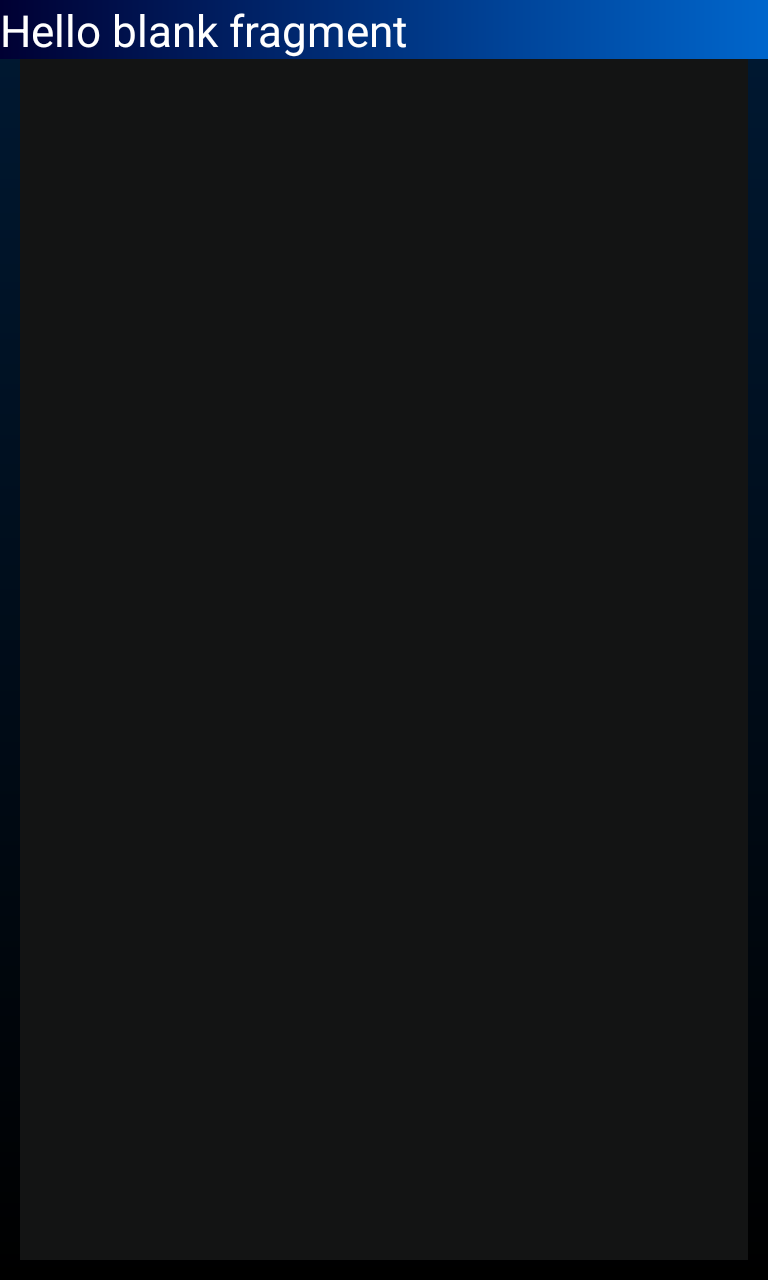
Repository: jasleen1291/B2BMobileApplication
Layout: Mobile E Commerce/B2B/res/layout/fragment_my_supplier.xml
The author's editor kept a copy of each file at every save. The layout is drawn from the files as they stood at one save, then again after the next save.
It is drawn on a 768 x 1280 px phone screen (xhdpi) without system bars, with theme mycustomtheme; the app's code is not run. Lists and similar views that code fills are empty.

Above is the layout before, as saved 2013-05-28 12:07:36.

### Mobile E Commerce/B2B/res/layout/fragment_my_supplier.xml
<LinearLayout xmlns:android="http://schemas.android.com/apk/res/android"
    xmlns:tools="http://schemas.android.com/tools"
    android:layout_width="match_parent"
    android:layout_height="match_parent"
    android:orientation="vertical"
    tools:context=".MySupplier" >

    <!-- TODO: Update blank fragment layout -->

    <TextView
	    style="@style/titlebarstyle"
        android:text="@string/hello_blank_fragment" />

    <ListView
        android:id="@+id/listView1"
        android:layout_width="match_parent"
        android:layout_height="wrap_content" >
    </ListView>

</LinearLayout>

### Mobile E Commerce/B2B/res/values/mycustomtheme.xml
<?xml version="1.0" encoding="utf-8"?>
<resources xmlns:android="http://schemas.android.com/apk/res/android">
    <style name="mycustomtheme" parent="@android:style/Theme.NoTitleBar.Fullscreen">
        <item name="android:windowBackground">@drawable/mybg</item>
       	<item name="android:textColor">#0066cc</item>
       	<item name="android:textColorHint">#51BFE2</item>
    </style>

</resources>

### Mobile E Commerce/B2B/res/drawable/mybg.xml
<?xml version="1.0" encoding="utf-8"?>
<layer-list  xmlns:android="http://schemas.android.com/apk/res/android">
    <item>
<shape android:shape="rectangle">



        <gradient android:startColor="#001933"  android:endColor="#000" android:angle="270"/>


</shape>
</item>
<item android:left="10dp" android:top="10dp" android:right="10dp" android:bottom="10dp">

<shape android:shape="rectangle">



        <solid android:color="#131414"></solid>


</shape>
</item>
</layer-list>

### Mobile E Commerce/B2B/res/values/styles.xml
<?xml version="1.0" encoding="utf-8"?>
<resources xmlns:android="http://schemas.android.com/apk/res/android">

    <!--
        Base application theme, dependent on API level. This theme is replaced
        by AppBaseTheme from res/values-vXX/styles.xml on newer devices.

    -->
    <style name="AppBaseTheme" parent="android:Theme.Light">
        <!--
            Theme customizations available in newer API levels can go in
            res/values-vXX/styles.xml, while customizations related to
            backward-compatibility can go here.

        -->
    </style>

    <!-- Application theme. -->
    <style name="AppTheme" parent="AppBaseTheme">
        <!-- All customizations that are NOT specific to a particular API-level can go here. -->
    </style>

    <style name="LoginFormContainer">
        <item name="android:layout_width">match_parent</item>
        <item name="android:layout_height">wrap_content</item>
        <item name="android:padding">16dp</item>
    </style>
    <style name="TextViewStyle">
        <item name="android:layout_width">wrap_content</item>
        <item name="android:layout_height">wrap_content</item>
        <item name="android:gravity">right</item>
        <item name="android:textSize">14sp</item>
        <item name="android:textColor">#0066cc</item>
        <item name="android:layout_margin">5dp</item>
    </style>
	<style name="EditTextStyle">
        <item name="android:layout_width">match_parent</item>
        <item name="android:layout_height">wrap_content</item>
        <item name="android:textSize">16sp</item>
        <item name="android:textColor">#0066cc</item>

        <item name="android:layout_marginLeft">16dp</item>
        <item name="android:layout_marginRight">16dp</item>
        <item name="android:layout_marginTop">5dp</item>
        <item name="android:background">@drawable/textview_border</item>
    </style>
	<style name="SpinnerStyle">
        <item name="android:layout_width">match_parent</item>
        <item name="android:layout_height">wrap_content</item>
        <item name="android:textSize">16sp</item>
        <item name="android:textColor">#0066cc</item>

        <item name="android:layout_marginLeft">16dp</item>
        <item name="android:layout_marginRight">16dp</item>
        <item name="android:layout_marginTop">5dp</item>

    </style>
	<style name="titlebarstyle">
	    <item name="android:layout_marginBottom">10dp</item>
        <item name="android:layout_width">match_parent</item>
        <item name="android:layout_height">wrap_content</item>
        <item name="android:background">@drawable/titlebar</item>
        <item name="android:textColor">@android:color/white</item>
        <item name="android:textAppearance">?android:attr/textAppearanceLarge</item>
	</style>
	<style name="titlebarstylesmall">


        <item name="android:textColor">@android:color/white</item>

	</style>
</resources>

### Mobile E Commerce/B2B/res/values/strings.xml
<?xml version="1.0" encoding="utf-8"?>
<resources>

    <string name="app_name">B2B</string>
    <string name="action_settings">Settings</string>
    <string name="hello_world">Hello world!</string>
    <string name="Loading">Loading&#8230;&#8230;&#8230;</string>
    <string name="title_activity_sign_up">Sign Up</string>

    <string-array name="signUpAsArray">
        <item>Customer</item>
        <item>Retailer</item>
        <item>Supplier</item>
    </string-array>

    <string name="title_activity_registeration">RegisterationActivity</string>
    <string name="title_activity_customer_area">CustomerArea</string>
    <string name="welcome">Welcome</string>
    <string name="title_activity_admin_area">Admin_area</string>
    <string name="general_complaint_fragment">General Complaint</string>
    <string name="hello_blank_fragment">Hello blank fragment</string>
    <string name="general_complaint">General Complaint</string>
    <string name="respond">Respond</string>
    <string name="submit">Submit</string>
    <string name="addcategory">Parent Category</string>
    <string name="categoryhint">Category</string>
    <string name="AddParentCategory">Add super category</string>
    <string name="complaintAbout">Complaint About</string>
    <string name="complainFrom">Complaint From</string>
    <string name="itemComplaint">Complaints about Items</string>
    <string name="shopComplaint">Complaint about shop</string>
    <string name="generalNotification">General Notification</string>
    <string name="urgentNotification">Urgent Notification</string>
    <string name="title">Title</string>
    <string name="message">Message</string>
    <string name="markAll">Mark all</string>
    <string name="advertisementPricing">Advertisement Pricing</string>
    <string name="desc">Description</string>
    <string name="days">No of days</string>
    <string name="cost">Cost</string>
    <string name="size">Size of advertisement</string>
    <string name="type">Type</string>
    <string name="fine">Fine</string>
    <string name="pickCategory">Pick a Category</string>

    <string-array name="typeArray">
        <item>Retailer</item>
        <item>Supplier</item>
    </string-array>

    <string name="update">Update</string>
    <string name="delete">Delete</string>
    <string name="view_advertisement">View Advertisements</string>
    <string name="noofcategories">No of Categories</string>
    <string name="shoppricing">Shop Pricing</string>
    <string name="view_fine_pricing">View Fine Pricing</string>
    <string name="shop_pricing">Shop Pricing</string>
    <string name="subCategory">Add Sub Category</string>
    <string name="addshop">Add Shop</string>
    <string name="title_activity_pay_fine">Pay Fine</string>
    <string name="finetitle">Your account has been suspended by the admin. Pay fine to continue using this applciation.</string>
    <string name="fineabc">Your payment has been received. Your account will now be restored. Please wait few minutes</string>
    <string name="title_activity_retailer_area">Retailer_area</string>
    <string name="title_activity_first_time_login">FirstTimeLogin</string>
    <string name="EditMyCategories">Edit My Categories</string>
    <string name="addnewitem">Add New Item</string>
    <string name="itemname">Item Name</string>
    <string name="longdescription">Long Description</string>
    <string name="qtyperunit">Qty Per unit</string>
    <string name="unit_of_measurement">Unit of Measurement</string>
    <string name="shopName">Shop Name</string>
    <string name="description">Description</string>
    <string name="categoriesAllowed">No of categories allowed</string>
    <string name="itemsSelling">No of Items Selling</string>
    <string name="itemsAvailable">No of Items not Selling</string>
    <string name="expirydate">Expiry Date</string>
    <string name="paymentEmail">Payment Email</string>
    <string name="selectcategory">Select a Category</string>
    <string name="clicktochange">Click On Image To Change It</string>
    <string name="cp">C.P.</string>
    <string name="sp">S.P.</string>
    <string name="minorder">Min order</string>
    <string name="discount">Discount</string>
    <string name="qtyonorder">Qty. On Order</string>
    <string name="qtyonhand">Qty. On Hand</string>
    <string name="qty">Qty.</string>
    <string name="viewdetails">View Details</string>
    <string name="note">Long Click on Image to view expanded image</string>
    <string name="chngImg">Change Image</string>
    <string name="addWarehouse">Add Warehouse</string>
    <string name="name">Name</string>
    <string name="cancel">Cancel</string>
    <string name="itemavailabilty">Item Availabilty</string>
    <string name="batchDiscounts">Batch Discounts</string>
    <string name="clicktoupdate">Click to Update</string>
    <string name="add">Add</string>
    <string name="place_order">Place Order</string>
    <string name="Method">Method</string>
    <string name="warehouse">Warehouse</string>
    <string-array name="ordervia">
        <item >Email</item>
        <item >Phone</item>
    </string-array>
        <string name="total">Total</string>
        <string name="zero">0</string>
        <string name="totalitems">Total No of Items</string>
        <string name="date">Date</string>
        <string name="placed_by">Placed To</string>
        <string name="placed_to">Placed To</string>
        <string name="shipment_address">Shipment Address</string>
        <string name="vieworderlist">View Orders List</string>
        <string name="order_details">Order Details</string>
        <string name="update_status">Update Status</string>
        <string name="categories">Categories</string>
        <string name="plan_details">Plan Details</string>
        <string name="choose_background">Choose background</string>
        <string name="buy_advertisement">Buy Advertisement</string>
        <string name="choose_text_color">Choose text Color</string>
        <string name="view_warehouses">View Warehouse</string>
        <string name="shippingPrice">Shipping Price</string>
        <string name="subscribe_items">Subscribe items</string>
        <string name="file_complaint">File A Complaint</string>
        <string name="complain">Complain</string>
        <string name="visitshop">Visit Shop</string>
        <string name="subscribe">Subscribe</string>
        <string name="batch_discount">Batch discounts</string>
        <string name="click_to_check">Click To check</string>
        <string name="mysupplier">My Supplier</string>

</resources>

### Mobile E Commerce/B2B/res/drawable/titlebar.xml
<?xml version="1.0" encoding="utf-8"?>
<shape xmlns:android="http://schemas.android.com/apk/res/android" android:shape="rectangle">
    <gradient  android:endColor="#0066CC" android:startColor="#000033"/>

</shape>

After the next save:
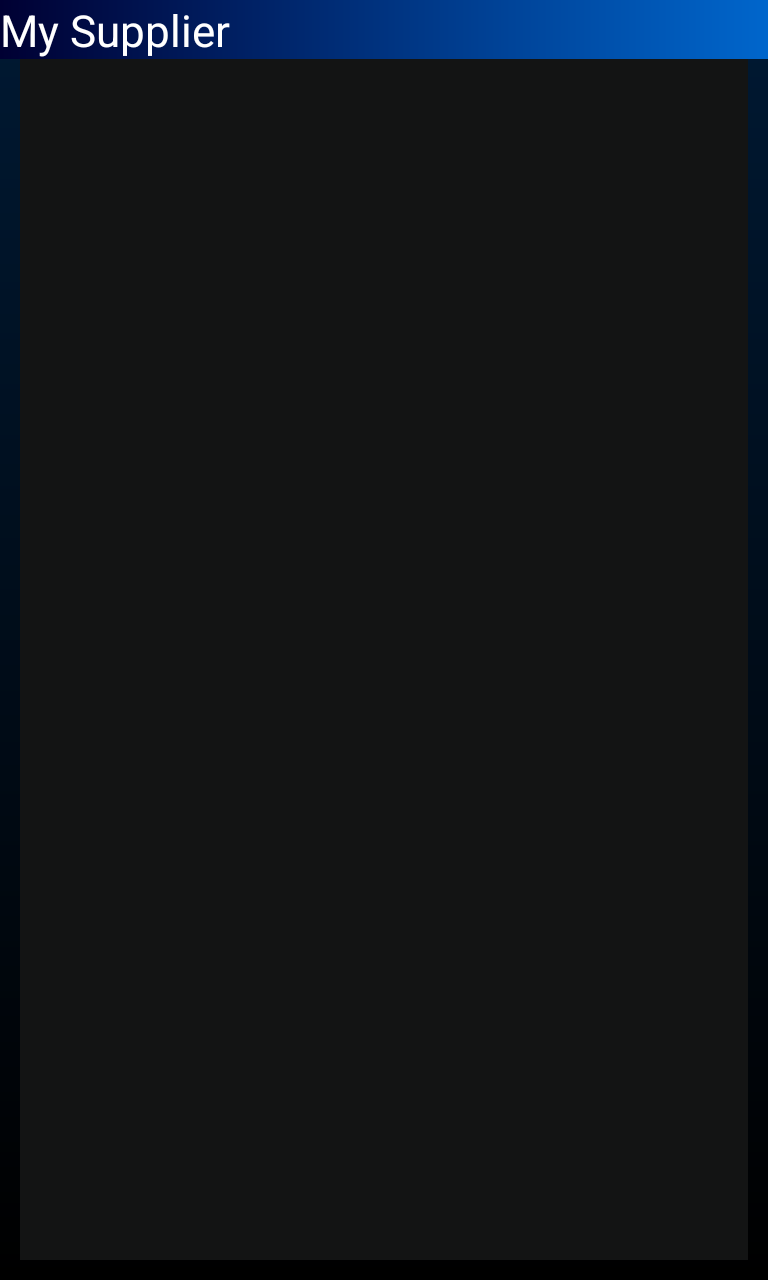
Saved 6 s later.
--- a/Mobile E Commerce/B2B/res/layout/fragment_my_supplier.xml
+++ b/Mobile E Commerce/B2B/res/layout/fragment_my_supplier.xml
@@ -8,8 +8,8 @@
     <!-- TODO: Update blank fragment layout -->
 
     <TextView
-	    style="@style/titlebarstyle"
-        android:text="@string/hello_blank_fragment" />
+        style="@style/titlebarstyle"
+        android:text="@string/mysupplier" />
 
     <ListView
         android:id="@+id/listView1"
